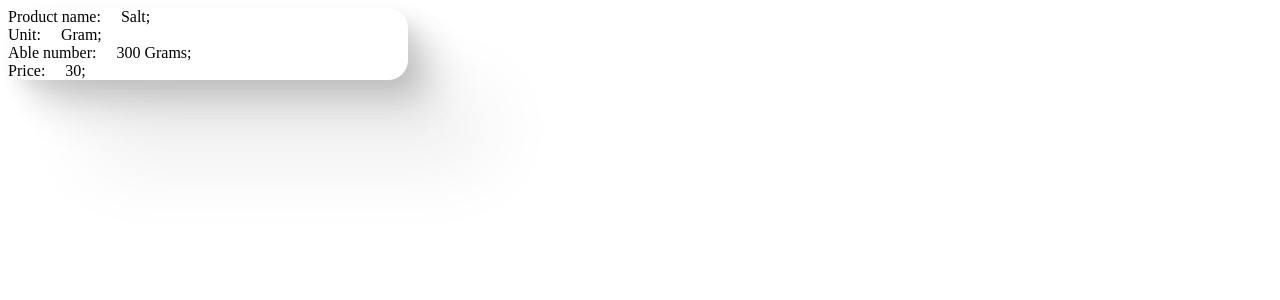
Repository: OlexandraKovach2/Vue
Page: / (app in vuexam/brila-exam/)
These files come from the project's save history. The page is drawn as it stood at one moment and after the next save; the edit follows.
The browser window is 1280 px wide. The pictures show the whole page.
The project was rebuilt for these pictures with package versions that can differ from the ones it lists, and the page was loaded fresh each time. Also part of the build but not shown: vuexam/brila-exam/vue.config.js.

Above is the page before, as saved 2022-11-08 21:46:02.

After the next save:
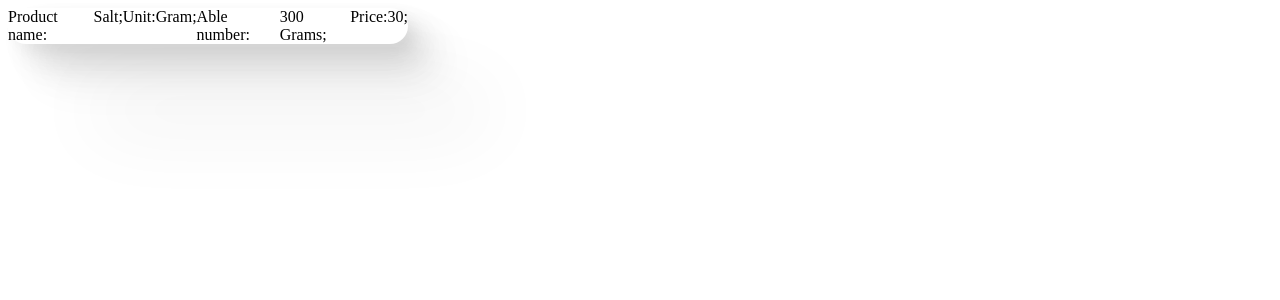
Saved 18 s later.
--- a/vuexam/brila-exam/src/components/ObjectTable/ObjectBase.vue
+++ b/vuexam/brila-exam/src/components/ObjectTable/ObjectBase.vue
@@ -63,9 +63,10 @@
   25.9px 26.5px 40.9px rgba(0, 0, 0, 0.057),
   35.7px 36.6px 47.2px rgba(0, 0, 0, 0.057),
   82px 84px 80px rgba(0, 0, 0, 0.07);
+  display: flex;
+
 }
 .info-row{
     display: flex;
-    gap: 20px;
 }
 </style>

After the save that followed:
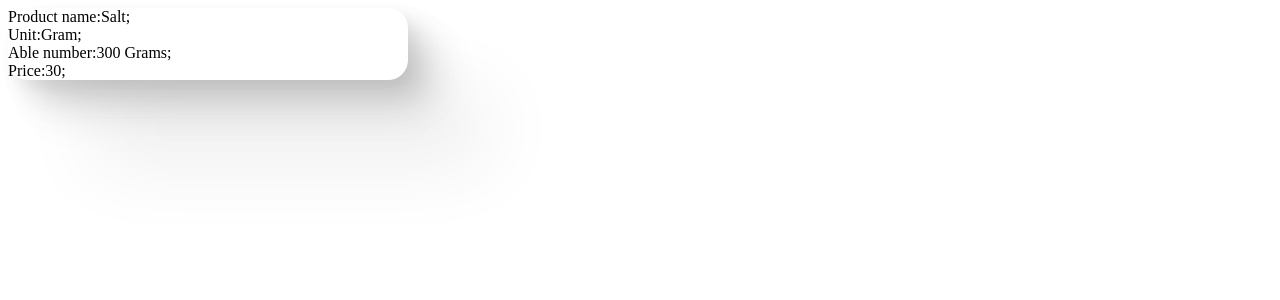
Saved 13 s later.
--- a/vuexam/brila-exam/src/components/ObjectTable/ObjectBase.vue
+++ b/vuexam/brila-exam/src/components/ObjectTable/ObjectBase.vue
@@ -64,7 +64,7 @@
   35.7px 36.6px 47.2px rgba(0, 0, 0, 0.057),
   82px 84px 80px rgba(0, 0, 0, 0.07);
   display: flex;
-
+  flex-direction: column;
 }
 .info-row{
     display: flex;
